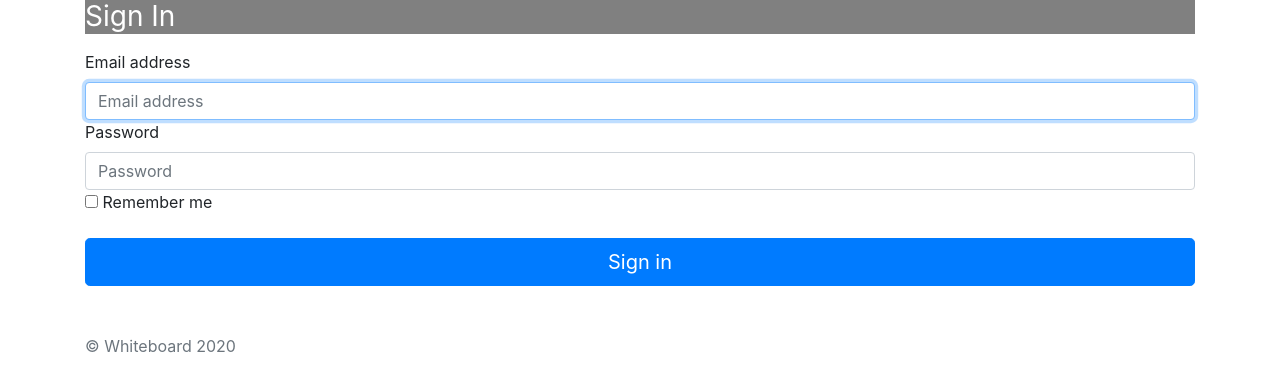
Repository: tinawu0603/cs4550-sp2020-whiteboard-springboot
Page: whiteboard/src/main/webapp/login/login.template.client.html
An editor plug-in stored every save of this project. The page is shown before and after the next save, followed by the edit.
The browser window is 1280 px wide. The pictures show the whole page.

Above is the page before, as saved 2020-01-15 22:21:36.

After the next save:
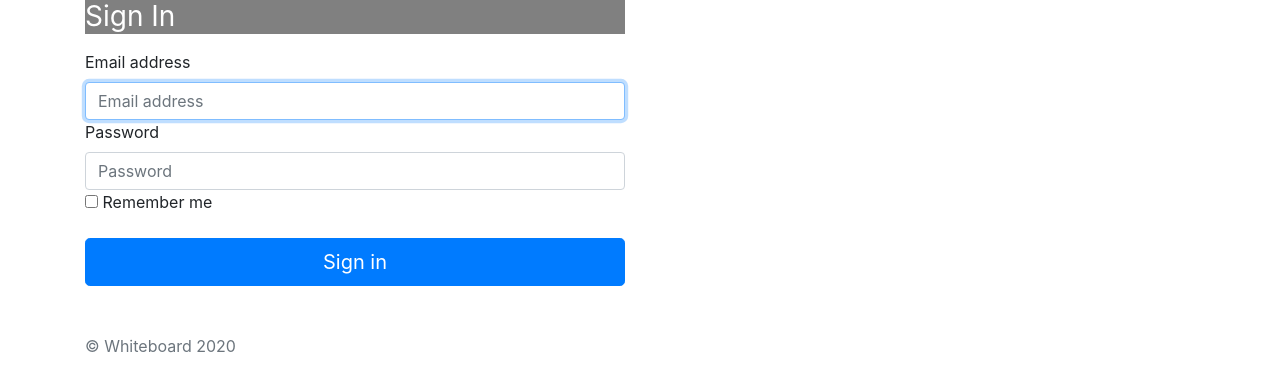
Saved 78 s later.
--- a/whiteboard/src/main/webapp/login/login.template.client.html
+++ b/whiteboard/src/main/webapp/login/login.template.client.html
@@ -12,7 +12,7 @@
 <body>
 	<div class="container">
 		<div class="row">
-			<div class="col-sm">
+			<div class="col-6">
 				<form class="form-signin">
 					<h1 class="h3 mb-3 font-weight-normal">Sign In</h1>
 					<label for="inputEmail">Email address</label>
